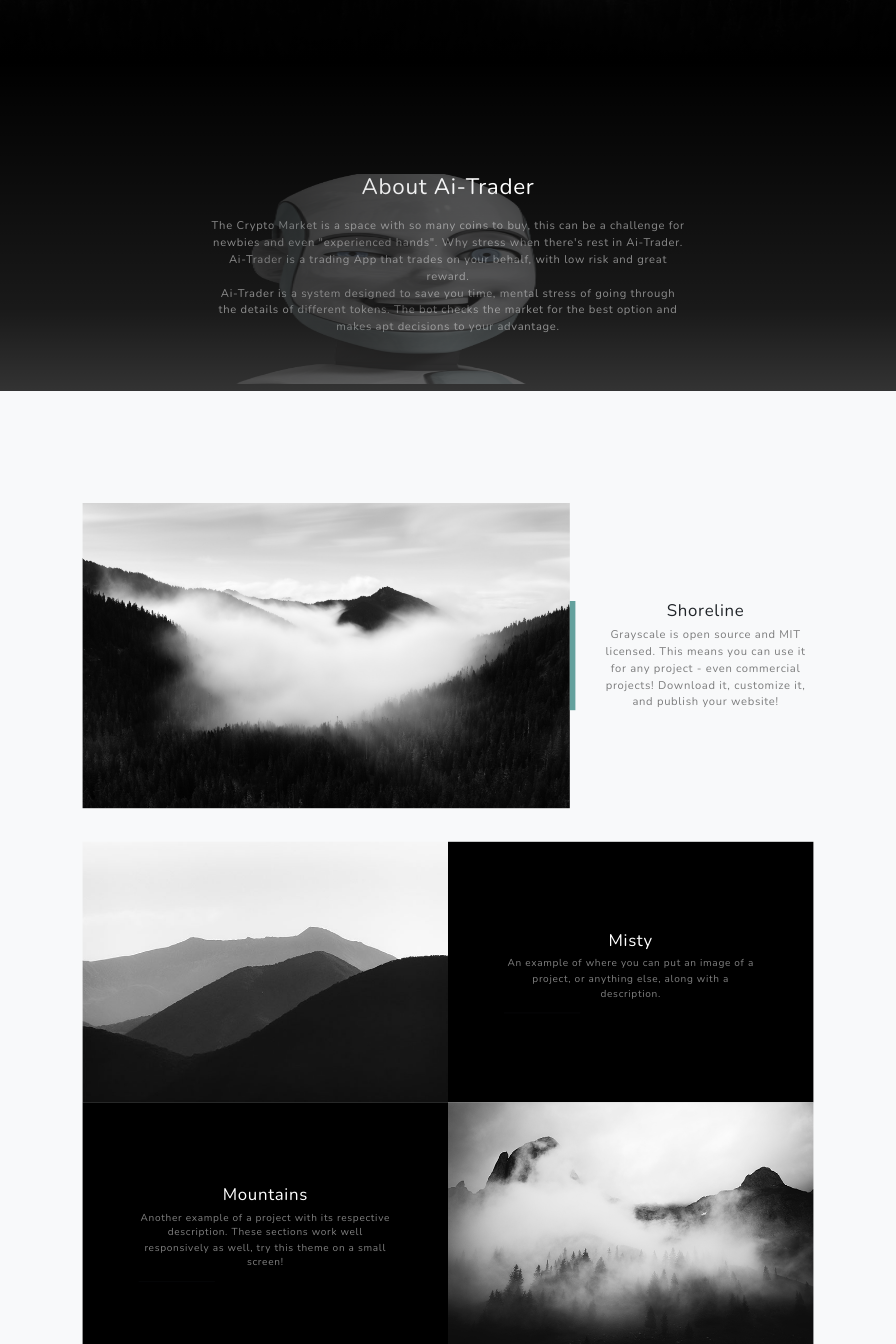
Repository: seyicoded/ico_one
Page: docs/index.html
These files come from the project's save history. The page is drawn as it stood at one moment and after the next save; the edit follows.
The browser window is 1280 px wide. The pictures show the part of the page from y = 631 to 2551 px (the page is 3835 px tall before and 3935 px after), at 70% of full size.

Above is the page before, as saved 2022-02-13 16:47:52.

### docs/index.html
<!DOCTYPE html>
<html lang="en">
    <head>
        <meta charset="utf-8" />
        <meta name="viewport" content="width=device-width, initial-scale=1, shrink-to-fit=no" />
        <meta name="description" content="" />
        <meta name="author" content="" />
        <title>Ai-Trader</title>
        <link rel="icon" type="image/x-icon" href="assets/favicon.ico" />
        <!-- Font Awesome icons (free version)-->
        <script src="https://use.fontawesome.com/releases/v5.15.4/js/all.js" crossorigin="anonymous"></script>
        <!-- Google fonts-->
        <link href="https://fonts.googleapis.com/css?family=Varela+Round" rel="stylesheet" />
        <link href="https://fonts.googleapis.com/css?family=Nunito:200,200i,300,300i,400,400i,600,600i,700,700i,800,800i,900,900i" rel="stylesheet" />
        <!-- Core theme CSS (includes Bootstrap)-->
        <link href="css/styles.css" rel="stylesheet" />
        <link href="css/animate.css" rel="stylesheet" />
        <link href="css/custom.css" rel="stylesheet" />
        <script src="js/jquery.js"></script>
        <script src="js/wow.js"></script>
        <script src="js/bs.js"></script>
        <script type="text/javascript">
            //Initiat WOW JS
            window.onload = function(){
                $("#loaderr").hide();
                new WOW().init();
            }
            // new WOW().init();
        </script>
        <style>
            #loaderr{
                position: fixed;
                z-index: 99;
                top: 0;
                bottom: 0;
                left: 0;
                right: 0;
                background: linear-gradient(grey, black);
                display: flex;
                justify-content: center;
                align-items: center;
            }
            #skip-loader{
                position: fixed;
                bottom: 3%;
                right: 3%;
                background-color: transparent;
                color: white;
                border: none;
            }
        </style>
    </head>
    <body id="page-top">
        <!--  loader start -->
        <div id="loaderr">
            <img src="assets/svg/Spin-0.5s-247px.svg" />
            <button id="skip-loader" onclick="$('#loaderr').hide()">skip</button>
        </div>
        <!-- loader stop -->

        <!-- Navigation-->
        <nav class="navbar navbar-expand-lg navbar-light fixed-top" id="mainNav">
            <div class="container px-4 px-lg-5">
                <a class="navbar-brand" href="#page-top">Ai-Trader</a>
                <button class="navbar-toggler navbar-toggler-right" type="button" data-bs-toggle="collapse" data-bs-target="#navbarResponsive" aria-controls="navbarResponsive" aria-expanded="false" aria-label="Toggle navigation">
                    Menu
                    <i class="fas fa-bars"></i>
                </button>
                <div class="collapse navbar-collapse" id="navbarResponsive">
                    <ul class="navbar-nav ms-auto">
                        <li class="nav-item"><a class="nav-link" href="#about">About</a></li>
                        <li class="nav-item"><a class="nav-link" href="#projects">Projects</a></li>
                        <li class="nav-item"><a class="nav-link" href="#signup">Contact</a></li>
                    </ul>
                </div>
            </div>
        </nav>
        <!-- Masthead-->
        <header class="masthead">
            <div class="container px-4 px-lg-5 d-flex h-100 align-items-center justify-content-center">
                <div class="d-flex justify-content-center">
                    <div class="text-center">
                        <h1 class="mx-auto my-0 text-uppercase wow fadeIn animated" data-wow-duration="1090ms" data-wow-delay="1000ms">We Got You Covered</h1>
                        <h2 class="text-white-50 mx-auto mt-2 mb-5 wow fadeIn animated" data-wow-duration="1090ms" data-wow-delay="1300ms">An Artificial Intelligence You Can Trust.</h2>
                        <a class="btn btn-primary wow fadeIn animated" href="#about"  data-wow-duration="1090ms" data-wow-delay="1600ms">Get Started</a>
                    </div>
                </div>
            </div>
        </header>
        <!-- About-->
        <section class="about-section text-center" id="about">
            <div class="container px-4 px-lg-5">
                <div class="row gx-4 gx-lg-5 justify-content-center">
                    <div class="col-lg-8">
                        <h2 class="text-white mb-4">About Ai-Trader</h2>
                        <p class="text-white-50">
                            The Crypto Market is a space with so many coins to buy, this can be a challenge for newbies and even "experienced hands". Why stress when there's rest in Ai-Trader. <br />
                            Ai-Trader is a trading App that trades on your behalf, with low risk and great reward. <br />
                            Ai-Trader is a system designed to save you time, mental stress of going through the details of different tokens. The bot checks the market for the best option and makes apt decisions to your advantage.
                        </p>
                    </div>
                    <img class="img-fluid" src="assets/img/ipad.png" style="filter: grayscale(80%); position: absolute; opacity: 30%; height: 300px;" alt="..." />
                </div>
                <!-- <img class="img-fluid" src="assets/img/ipad.png" style="filter: grayscale(80%); position: absolute; opacity: 30%;" alt="..." /> -->
                <!-- <div style="height: 300px;">&nbsp;</div> -->
            </div>
        </section>
        <!-- Projects-->
        <section class="projects-section bg-light" id="projects">
            <div class="container px-4 px-lg-5">
                <!-- Featured Project Row-->
                <div class="row gx-0 mb-4 mb-lg-5 align-items-center">
                    <div class="col-xl-8 col-lg-7"><img class="img-fluid mb-3 mb-lg-0" src="assets/img/bg-masthead.jpg" alt="..." /></div>
                    <div class="col-xl-4 col-lg-5">
                        <div class="featured-text text-center text-lg-left">
                            <h4>Shoreline</h4>
                            <p class="text-black-50 mb-0">Grayscale is open source and MIT licensed. This means you can use it for any project - even commercial projects! Download it, customize it, and publish your website!</p>
                        </div>
                    </div>
                </div>
                <!-- Project One Row-->
                <div class="row gx-0 mb-5 mb-lg-0 justify-content-center">
                    <div class="col-lg-6"><img class="img-fluid" src="assets/img/demo-image-01.jpg" alt="..." /></div>
                    <div class="col-lg-6">
                        <div class="bg-black text-center h-100 project">
                            <div class="d-flex h-100">
                                <div class="project-text w-100 my-auto text-center text-lg-left">
                                    <h4 class="text-white">Misty</h4>
                                    <p class="mb-0 text-white-50">An example of where you can put an image of a project, or anything else, along with a description.</p>
                                    <hr class="d-none d-lg-block mb-0 ms-0" />
                                </div>
                            </div>
                        </div>
                    </div>
                </div>
                <!-- Project Two Row-->
                <div class="row gx-0 justify-content-center">
                    <div class="col-lg-6"><img class="img-fluid" src="assets/img/demo-image-02.jpg" alt="..." /></div>
                    <div class="col-lg-6 order-lg-first">
                        <div class="bg-black text-center h-100 project">
                            <div class="d-flex h-100">
                                <div class="project-text w-100 my-auto text-center text-lg-right">
                                    <h4 class="text-white">Mountains</h4>
                                    <p class="mb-0 text-white-50">Another example of a project with its respective description. These sections work well responsively as well, try this theme on a small screen!</p>
                                    <hr class="d-none d-lg-block mb-0 me-0" />
                                </div>
                            </div>
                        </div>
                    </div>
                </div>
            </div>
        </section>
        <!-- Signup-->
        <section class="signup-section" id="signup">
            <div class="container px-4 px-lg-5">
                <div class="row gx-4 gx-lg-5">
                    <div class="col-md-10 col-lg-8 mx-auto text-center">
                        <i class="far fa-paper-plane fa-2x mb-2 text-white"></i>
                        <h2 class="text-white mb-5">Subscribe to receive updates!</h2>
                        <!-- * * * * * * * * * * * * * * *-->
                        <!-- * * SB Forms Contact Form * *-->
                        <!-- * * * * * * * * * * * * * * *-->
                        <!-- This form is pre-integrated with SB Forms.-->
                        <!-- To make this form functional, sign up at-->
                        <!-- https://startbootstrap.com/solution/contact-forms-->
                        <!-- to get an API token!-->
                        <form class="form-signup" id="contactForm" data-sb-form-api-token="API_TOKEN">
                            <!-- Email address input-->
                            <div class="row input-group-newsletter">
                                <div class="col"><input class="form-control" id="emailAddress" type="email" placeholder="Enter email address..." aria-label="Enter email address..." data-sb-validations="required,email" /></div>
                                <div class="col-auto"><button class="btn btn-primary disabled" id="submitButton" type="submit">Notify Me!</button></div>
                            </div>
                            <div class="invalid-feedback mt-2" data-sb-feedback="emailAddress:required">An email is required.</div>
                            <div class="invalid-feedback mt-2" data-sb-feedback="emailAddress:email">Email is not valid.</div>
                            <!-- Submit success message-->
                            <!---->
                            <!-- This is what your users will see when the form-->
                            <!-- has successfully submitted-->
                            <div class="d-none" id="submitSuccessMessage">
                                <div class="text-center mb-3 mt-2 text-white">
                                    <div class="fw-bolder">Form submission successful!</div>
                                    To activate this form, sign up at
                                    <br />
                                    <a href="https://startbootstrap.com/solution/contact-forms">https://startbootstrap.com/solution/contact-forms</a>
                                </div>
                            </div>
                            <!-- Submit error message-->
                            <!---->
                            <!-- This is what your users will see when there is-->
                            <!-- an error submitting the form-->
                            <div class="d-none" id="submitErrorMessage"><div class="text-center text-danger mb-3 mt-2">Error sending message!</div></div>
                        </form>
                    </div>
                </div>
            </div>
        </section>
        <!-- Contact-->
        <section class="contact-section bg-black">
            <div class="container px-4 px-lg-5">
                <div class="row gx-4 gx-lg-5">
                    <div class="col-md-4 mb-3 mb-md-0">
                        <div class="card py-4 h-100">
                            <div class="card-body text-center">
                                <i class="fas fa-map-marked-alt text-primary mb-2"></i>
                                <h4 class="text-uppercase m-0">Address</h4>
                                <hr class="my-4 mx-auto" />
                                <div class="small text-black-50">4923 Market Street, Orlando FL</div>
                            </div>
                        </div>
                    </div>
                    <div class="col-md-4 mb-3 mb-md-0">
                        <div class="card py-4 h-100">
                            <div class="card-body text-center">
                                <i class="fas fa-envelope text-primary mb-2"></i>
                                <h4 class="text-uppercase m-0">Email</h4>
                                <hr class="my-4 mx-auto" />
                                <div class="small text-black-50"><a href="#!">hello@yourdomain.com</a></div>
                            </div>
                        </div>
                    </div>
                    <div class="col-md-4 mb-3 mb-md-0">
                        <div class="card py-4 h-100">
                            <div class="card-body text-center">
                                <i class="fas fa-mobile-alt text-primary mb-2"></i>
                                <h4 class="text-uppercase m-0">Phone</h4>
                                <hr class="my-4 mx-auto" />
                                <div class="small text-black-50">+1 (555) 902-8832</div>
                            </div>
                        </div>
                    </div>
                </div>
                <div class="social d-flex justify-content-center">
                    <a class="mx-2" href="#!"><i class="fab fa-twitter"></i></a>
                    <a class="mx-2" href="#!"><i class="fab fa-facebook-f"></i></a>
                    <a class="mx-2" href="#!"><i class="fab fa-github"></i></a>
                </div>
            </div>
        </section>
        <!-- Footer-->
        <footer class="footer bg-black small text-center text-white-50"><div class="container px-4 px-lg-5">Copyright &copy; Your Website 2021</div></footer>
        <!-- Bootstrap core JS-->
        <script src="https://cdn.jsdelivr.net/npm/bootstrap@5.1.3/dist/js/bootstrap.bundle.min.js"></script>
        <!-- Core theme JS-->
        <script src="js/scripts.js"></script>

        <!-- * * * * * * * * * * * * * * * * * * * * * * * * * * * * * * * * * * * * * * * *-->
        <!-- * *                               SB Forms JS                               * *-->
        <!-- * * Activate your form at https://startbootstrap.com/solution/contact-forms * *-->
        <!-- * * * * * * * * * * * * * * * * * * * * * * * * * * * * * * * * * * * * * * * *-->
        <script src="https://cdn.startbootstrap.com/sb-forms-latest.js"></script>
    </body>
</html>

### docs/js/scripts.js
/*!
* Start Bootstrap - Grayscale v7.0.4 (https://startbootstrap.com/theme/grayscale)
* Copyright 2013-2021 Start Bootstrap
* Licensed under MIT (https://github.com/StartBootstrap/startbootstrap-grayscale/blob/master/LICENSE)
*/
//
// Scripts
//

window.addEventListener('DOMContentLoaded', event => {

    // Navbar shrink function
    var navbarShrink = function () {
        const navbarCollapsible = document.body.querySelector('#mainNav');
        if (!navbarCollapsible) {
            return;
        }
        if (window.scrollY === 0) {
            navbarCollapsible.classList.remove('navbar-shrink')
        } else {
            navbarCollapsible.classList.add('navbar-shrink')
        }

    };

    // Shrink the navbar
    navbarShrink();

    // Shrink the navbar when page is scrolled
    document.addEventListener('scroll', navbarShrink);

    // Activate Bootstrap scrollspy on the main nav element
    const mainNav = document.body.querySelector('#mainNav');
    if (mainNav) {
        new bootstrap.ScrollSpy(document.body, {
            target: '#mainNav',
            offset: 74,
        });
    };

    // Collapse responsive navbar when toggler is visible
    const navbarToggler = document.body.querySelector('.navbar-toggler');
    const responsiveNavItems = [].slice.call(
        document.querySelectorAll('#navbarResponsive .nav-link')
    );
    responsiveNavItems.map(function (responsiveNavItem) {
        responsiveNavItem.addEventListener('click', () => {
            if (window.getComputedStyle(navbarToggler).display !== 'none') {
                navbarToggler.click();
            }
        });
    });

});

Loaded but not shown: docs/css/styles.css (library); docs/css/animate.css (library); docs/js/jquery.js (library); docs/js/wow.js (library); docs/js/bs.js (library); docs/css/custom.css (no stored copy; drawn as an empty file)

After the next save:
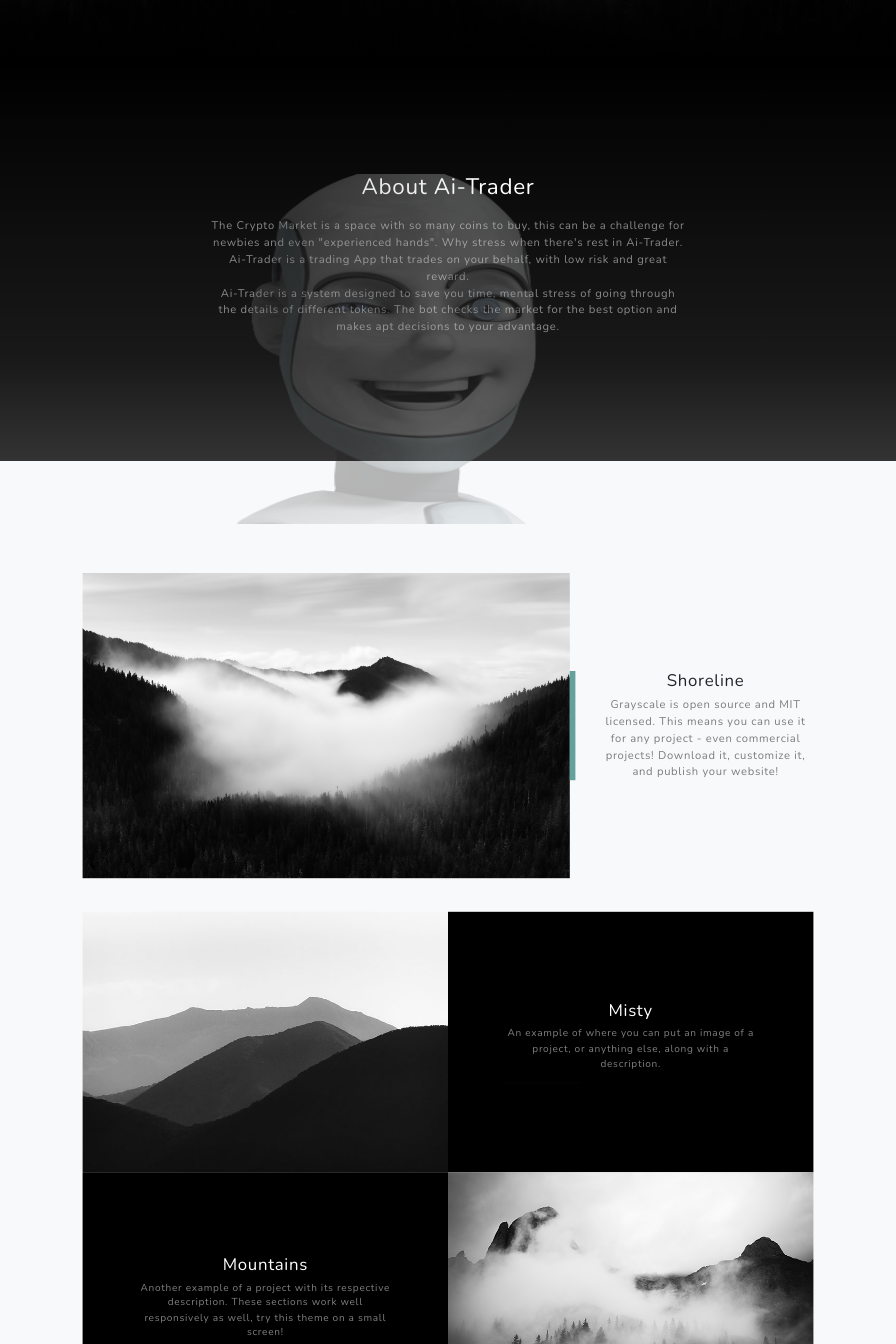
Saved 44 s later.
--- a/docs/index.html
+++ b/docs/index.html
@@ -99,10 +99,10 @@
                             Ai-Trader is a system designed to save you time, mental stress of going through the details of different tokens. The bot checks the market for the best option and makes apt decisions to your advantage.
                         </p>
                     </div>
-                    <img class="img-fluid" src="assets/img/ipad.png" style="filter: grayscale(80%); position: absolute; opacity: 30%; height: 300px;" alt="..." />
+                    <img class="img-fluid" src="assets/img/ipad.png" style="filter: grayscale(80%); position: absolute; opacity: 30%; height: 500px;" alt="..." />
                 </div>
                 <!-- <img class="img-fluid" src="assets/img/ipad.png" style="filter: grayscale(80%); position: absolute; opacity: 30%;" alt="..." /> -->
-                <!-- <div style="height: 300px;">&nbsp;</div> -->
+                <div style="height: 100px;">&nbsp;</div>
             </div>
         </section>
         <!-- Projects-->
